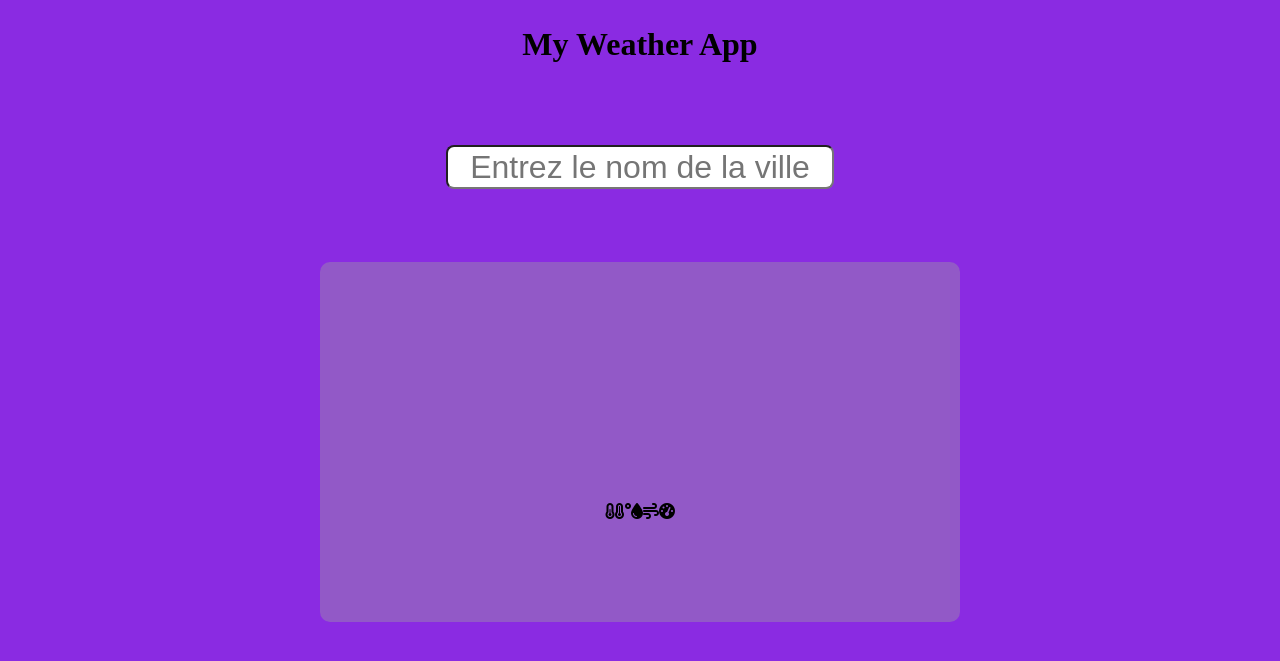
Repository: JeffnyAugustin/MyWeatherApp
Page: index.html
An editor plug-in stored every save of this project. The page is shown before and after a run of saves, followed by the edit.
The browser window is 1280 px wide. The pictures show the whole page.

Above is the page before, as saved 2023-11-14 22:12:51.

### index.html
<!DOCTYPE html>
<html lang="fr">

<head>
    <meta charset="UTF-8">
    <meta http-equiv="X-UA-Compatible" content="IE=edge">
    <meta name="viewport" content="width=device-width, initial-scale=1.0">
    <link rel="stylesheet" href="https://cdnjs.cloudflare.com/ajax/libs/font-awesome/6.4.0/css/all.min.css"
        integrity="sha512-iecdLmaskl7CVkqkXNQ/ZH/XLlvWZOJyj7Yy7tcenmpD1ypASozpmT/E0iPtmFIB46ZmdtAc9eNBvH0H/ZpiBw=="
        crossorigin="anonymous" referrerpolicy="no-referrer" />

    <link rel="stylesheet" href="/css/style.css">
    <title>My Weather App</title>
</head>

<body>



    <div id="container"></div>

    <script src="/js/script.js"></script>
</body>

</html>

### css/style.css
* {
    padding : 0;
    margin: 0;
}

body {
    display: flex;
    justify-content: center;
    height: 100vh;
    width: 100vw;
    background-color: blueviolet;
    overflow-y: hidden;
}

#container {
    display: flex;
    flex-direction: column;
    align-items: center;
    justify-content: space-around;
    gap: 20px;

}

#searchBox {
    text-align: center;
    width: 60%;
    height: 40px;
    border-radius: 8px;
    margin-top: 10px;
    font-size: 2rem;
}


#allTogether {
    width: 50VW;
    height: 50VH;
    display: flex;
    flex-direction: column;
    justify-content: space-evenly;
    align-items: center;
    background-color: rgb(158 158 158 / 40%);
    border-radius: 10px;
}

div#meteoElement {
    display: flex;
    flex-direction: row;
    justify-content: space-around;
    flex-wrap: wrap;
}

div#cityElement {
    display: flex;
    flex-direction: row;
    gap: 10px;
    justify-content: center;
}

div#cityDescription {
    display: flex;
    flex-direction: column;
    gap: 20PX;
}

#prevision {
    background-color: rgb(134 126 126 / 41%);
    display: flex;
    flex-direction: row;
    justify-content: center;
    align-items: center;
    gap: 10px;
}

.day-forecast {
    display: flex;
    flex-direction: column;
    align-items: center;
    height: 100%;
    width: 230px;
    background-color: #c1a8b6;
}


p {
    font-size: 2rem;
    color: white;
}

p.cityName {
    text-align: center;
}

### js/script.js
// Clé D'api
const API_KEY = "b476218e49ef0d0755a713e9ba77f79a";
// Lien vers L'api finissant par une recherche
const API_URL = `https://api.openweathermap.org/data/2.5/forecast?appid=${API_KEY}&units=metric&lang=fr&q=`;


const divContain = document.getElementById("container");
divContain.id = "container";


const titleDiv = document.createElement("div");
titleDiv.className = "title";

// Création H1
const heading = document.createElement('h1');

// Set the text content of the h1 element
heading.textContent = 'My Weather App';



// Div input

const inputDiv = document.createElement("div");
inputDiv.className = "input-group";


// Création barre de recherche
const inputSearch = document.createElement("input");
inputSearch.id = "searchBox";
inputSearch.type = "text";
inputSearch.placeholder = "Entrez le nom de la ville"; // Ajout du placeholder

// Création de div
const newDiv = document.createElement("div");
newDiv.id = "allTogether";

// Création de div
const forecastDiv = document.createElement("div");
forecastDiv.id = "prevision";




const infoCityDiv = document.createElement("div");
infoCityDiv.id = "cityDescription";


// Création de div oiuyr stocker img + description
const cityImgDiv = document.createElement("div");
cityImgDiv.id = "cityElement";

// Création de div pour afficher les informations météorologiques
const weather = document.createElement("div");
weather.id = "meteoElement";

// Création balise paragraphe pour collecter le nom de la ville
const cityName = document.createElement("p");
cityName.className = "cityName";

// Création de div pour afficher la température
const temperatureDiv = document.createElement("div");
temperatureDiv.className = "temperature-container";

// Création balise paragraphe
const temperature = document.createElement("p");
temperature.className = "temps";

// Création de div pour afficher le temps ressenti
const feelsLikeDiv = document.createElement("div");
feelsLikeDiv.className = "feels-like-container";

// Création balise paragraphe pour la sensation thermique
const feelsLike = document.createElement("p");
feelsLike.className = "feels-like";

// Création de div pour afficher l'humidité
const humidityDiv = document.createElement("div");
humidityDiv.className = "humidity-container";

// Création de balise paragraphe pour l'humidité
const humidity = document.createElement("p");
humidity.className = "humidity";

// Création de div pour afficher le vent
const windDiv = document.createElement("div");
windDiv.className = "wind-container";

// Création de balise wind
const DataWind = document.createElement("p");
DataWind.className = "wind";



// Création de div pour l'humidité
const pressureDiv = document.createElement("div");
pressureDiv.className = "pressure-container";

// Création de balise paragraphe pour la pression atmosphérique
const pressure = document.createElement("p");
pressure.className = "pressure";

// Création de div pour afficher la description
const descriptionDiv = document.createElement("div");
descriptionDiv.className = "description-container";

// Création de balise paragraphe pour la description
const description = document.createElement("p");
description.className = "description";



// Création balise image
const image = document.createElement("img");

// Création balise icône pour la température
const temperatureIcon = document.createElement("i");
temperatureIcon.className = "fas fa-thermometer-half";

// Création balise icône pour la sensation thermique
const feelsLikeIcon = document.createElement("i");
feelsLikeIcon.className = "fas fa-temperature-high";

// Création balise icône pour l'humidité
const humidityIcon = document.createElement("i");
humidityIcon.className = "fas fa-tint";

// Création balise icône pour le vent
const windIcon = document.createElement("i");
windIcon.className = "fas fa-wind";

// Création balise icône pour la pression
const pressureIcon = document.createElement("i");
pressureIcon.className = "fas fa-tachometer-alt";



temperatureDiv.append(temperatureIcon, temperature); // ajout de l'icône

feelsLikeDiv.append(feelsLikeIcon, feelsLike); // ajout de l'icône

humidityDiv.append(humidityIcon, humidity); // ajout de l'icône

windDiv.append(windIcon, DataWind); // ajout de l'icône

pressureDiv.append(pressureIcon, pressure)

descriptionDiv.appendChild( description); // ajout de l'icône




// Function to format the date and time
function formatDateTime() {
    const currentDate = new Date();
    const options = { weekday: 'long', year: 'numeric', month: 'long', day: 'numeric', hour: 'numeric', minute: 'numeric'};
    return currentDate.toLocaleDateString('fr-FR', options);
}

// Create a div to display the date and time
    const dateTimeDiv = document.createElement("div");
    dateTimeDiv.id = "dateTime";
    infoCityDiv.appendChild(dateTimeDiv);

function checkWeather(city) {
    fetch(API_URL + city)
        .then(res => {
            if (!res.ok) {
                throw new Error("La ville n'a pas été trouvée");
            }
            return res.json();
        })
        .then(data => {
            cityName.textContent = data.city.name;
            image.src = `http://openweathermap.org/img/w/${data.list[0].weather[0].icon}.png`;

            description.textContent = data.list[0].weather[0].description;
            temperature.innerHTML = ` Température :  ${Math.round(data.list[0].main.temp)}°C `;
            feelsLike.textContent = "Temps Ressenti : " + Math.round(data.list[0].main.feels_like) + "°C";
            humidity.textContent = "humidityIcon : " + data.list[0].main.humidity + "%";
            DataWind.textContent = "Vitesse du vent : " + Math.floor(data.list[0].wind.speed) + " Km/h";
            pressure.textContent = "Pression : " + data.list[0].main.pressure + " hPa";


             // Afficher les prévisions pour les 5 prochains jours
             for (let i = 0; i < data.list.length; i += 8) {
                const dayForecast = document.createElement("div");
                dayForecast.className = "day-forecast";

                const date = new Date(data.list[i].dt * 1000);
                const dayName = new Intl.DateTimeFormat('fr-FR', { weekday: 'long' }).format(date);

                const dayNameElement = document.createElement("p");
                dayNameElement.textContent = dayName;

                const iconElement = document.createElement("img");
                iconElement.src = `http://openweathermap.org/img/w/${data.list[i].weather[0].icon}.png`;

                const descriptionElement = document.createElement("p");
                descriptionElement.textContent = data.list[i].weather[0].description;

                const temperatureElement = document.createElement("p");
                temperatureElement.textContent = ` ${Math.round(data.list[i].main.temp)}°C`;

                dayForecast.append(dayNameElement, iconElement, descriptionElement, temperatureElement);
                forecastDiv.appendChild(dayForecast);
             }

               // Display the date and time
               dateTimeDiv.textContent = "Date du jour : " + formatDateTime();

        })
        .catch(error => {
            console.error("Erreur de requête :", error.message);
            // Ajoutez ici un traitement pour informer l'utilisateur de l'erreur
        });
}

inputSearch.addEventListener("change", () => {
    checkWeather(inputSearch.value);
});


weather.append(temperatureDiv, feelsLikeDiv, humidityDiv, windDiv, pressureDiv); // ajout des éléments Weather
newDiv.append(infoCityDiv, weather); // ajout du conteneur Weather à newDiv
infoCityDiv.append(cityName, cityImgDiv)
cityImgDiv.append(image, descriptionDiv)
titleDiv.appendChild(heading)
inputDiv
divContain.append(titleDiv, inputSearch, newDiv, forecastDiv); // ajout de tous les éléments à divContain
document.body.appendChild(divContain);



// Mise à jour des informations météorologiques toutes les 5 minutes
setInterval(function () {
    // Ici, mettre à jour les informations de la météo à l'aide de l'API ou d'autres sources
    // Vous pouvez appeler la fonction checkWeather avec la dernière ville recherchée
    checkWeather(inputSearch.value);
}, 5 * 60 * 1000);

After the next 4 saves:
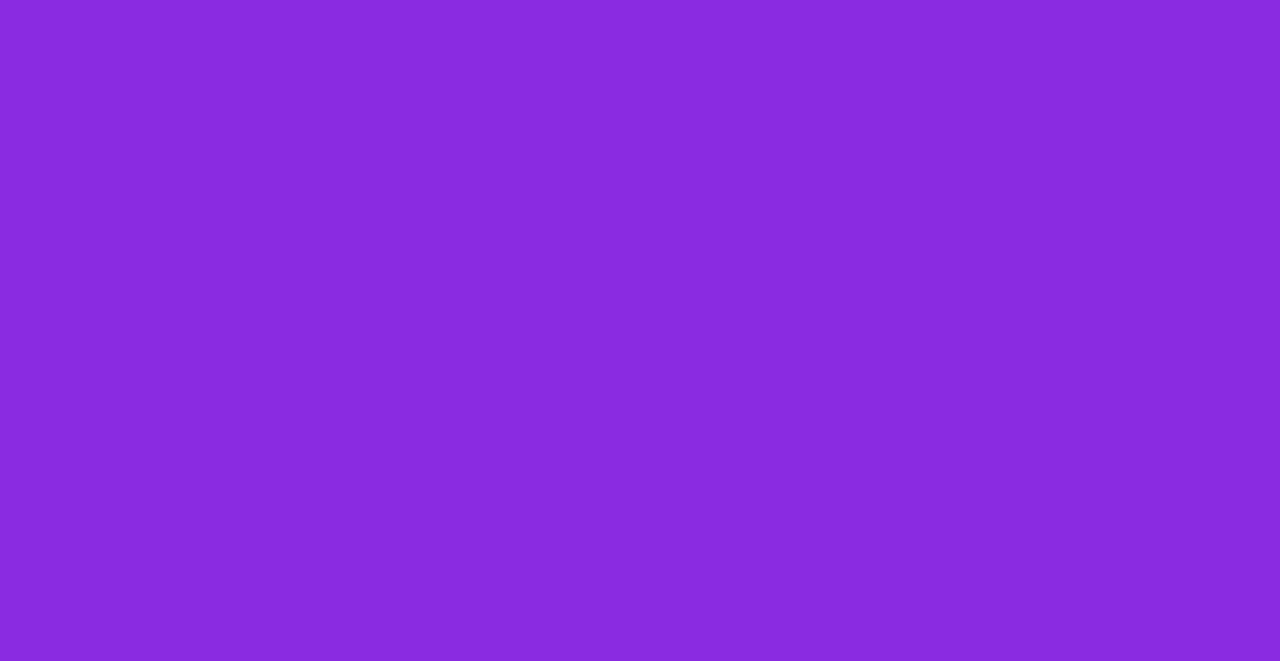
Console error (its wording comes from the project's code and is left out).
The 4 saves are shown as one change because they came seconds apart.
The last was saved 12 s later.
--- a/js/script.js
+++ b/js/script.js
@@ -226,7 +226,7 @@
 infoCityDiv.append(cityName, cityImgDiv)
 cityImgDiv.append(image, descriptionDiv)
 titleDiv.appendChild(heading)
-inputDiv
+inputDiv.appendChild()
 divContain.append(titleDiv, inputSearch, newDiv, forecastDiv); // ajout de tous les éléments à divContain
 document.body.appendChild(divContain);
 

After the 3 saves that followed:
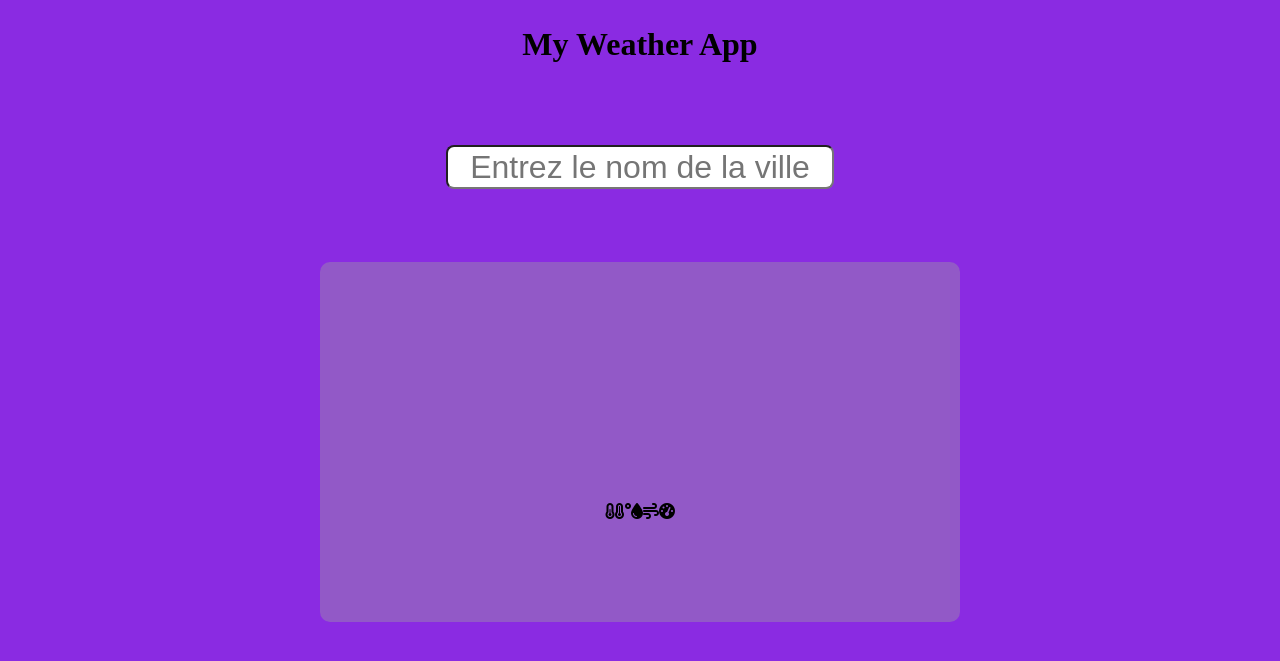
The error is gone.
The 3 saves are shown as one change because they came seconds apart.
The last was saved 9 s later.
--- a/js/script.js
+++ b/js/script.js
@@ -226,7 +226,7 @@
 infoCityDiv.append(cityName, cityImgDiv)
 cityImgDiv.append(image, descriptionDiv)
 titleDiv.appendChild(heading)
-inputDiv.appendChild()
+inputDiv.appendChild(inputSearch)
 divContain.append(titleDiv, inputSearch, newDiv, forecastDiv); // ajout de tous les éléments à divContain
 document.body.appendChild(divContain);
 
